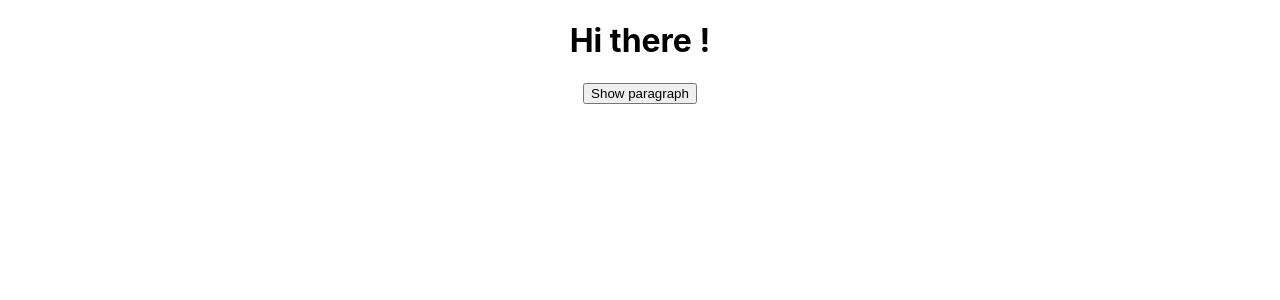
Repository: metehankasapp/react-optimization-techniques
Page: / (app in my-app/)
These files come from the project's save history. The page is drawn as it stood at one moment and after the next save; the edit follows.
The browser window is 1280 px wide. The pictures show the whole page.
The project was rebuilt for these pictures with package versions that can differ from the ones it lists, and the page was loaded fresh each time.

Above is the page before, as saved 2021-10-15 16:41:15.

### my-app/src/App.js
import React, { useCallback, useState } from "react";
import "./App.css";
import DemoOutput from "./Demo/DemoOutput";

function App() {
  const [showParagraph, setShowParagraph] = useState(false);
  console.log("app output");

  // Aşağıdaki Callback fonksiyonu datayı tutar ve butona tıklandığın da belli olmaz.
  const toggleParagraph = useCallback(() => {
    // --setShowParagraph(!showParagraph);
    //++
    setShowParagraph((prevShowParagraph) => !prevShowParagraph);
  }, []);
  return (
    <div className="App">
      <h1>Hi there !</h1>
      <DemoOutput show={false} />
      <button onClick={toggleParagraph}>Show paragraph</button>
    </div>
  );
}

export default App;

### my-app/src/Demo/DemoOutput.js
import React from "react";
import MyParagraph from './MyParagraph';

const DemoOutput = (props) => {
  console.log("demo output");
  return (

      <MyParagraph>{props.show ? "This is New" : ""}</MyParagraph>

  );
};

export default React.memo(DemoOutput);

//React memo kullandığımız zaman eğer o bileşen değişrise tekrardan çalıştırmasıdır. eğer kullanamssak en st düzeydeki bileşen
//değişğinde demooutput js yine çalışma durumunda kalır.
// ve eğer bir bileşen yürütülüyorsa onun alt elementi de yürütülmez. tıpkı şu anda demooutpunun altındaki eleemt yürütülmediği gibi.
// küçük uygulamalarda bu gerekli olmayabilir fakat büyük uygulamalrda gerekli olur.çünkü gereksiz değerlendirme yapmasını istemeyebilirsin

### my-app/src/Demo/MyParagraph.js
import React from "react";

const MyParagraph = (props) => {
  console.log("paragraph output");
  return <div>{props.children}</div>;
};

export default MyParagraph;

Loaded but not shown: my-app/public/index.html (common file); my-app/src/index.js (common file); my-app/src/index.css (common file); my-app/src/App.css (common file)

After the next save:
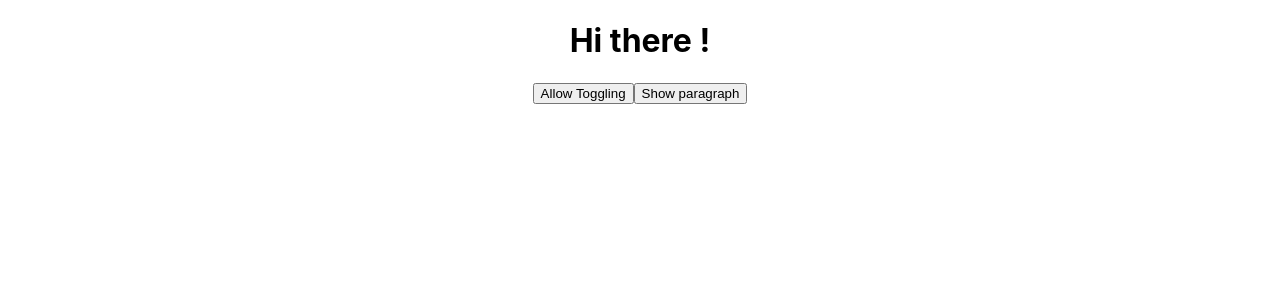
Saved 24 h 3 min later.
--- a/my-app/src/App.js
+++ b/my-app/src/App.js
@@ -4,18 +4,28 @@ import DemoOutput from "./Demo/DemoOutput";
 
 function App() {
   const [showParagraph, setShowParagraph] = useState(false);
+  const [allowToggle, setAllowToggle] = useState(false);
+
   console.log("app output");
 
   // Aşağıdaki Callback fonksiyonu datayı tutar ve butona tıklandığın da belli olmaz.
   const toggleParagraph = useCallback(() => {
     // --setShowParagraph(!showParagraph);
     //++
-    setShowParagraph((prevShowParagraph) => !prevShowParagraph);
-  }, []);
+    if (allowToggle) {
+      setShowParagraph((prevShowParagraph) => !prevShowParagraph);
+    }
+  }, [allowToggle]);
+  //Eğer usecallback kullanırken içerik olarak [] boş bırakırsan sadece app yükledndiğinde çalışır ve diğer türlü çalışmaz
+
+  const allowToggleHandler = () => {
+    setAllowToggle(true);
+  };
   return (
     <div className="App">
       <h1>Hi there !</h1>
-      <DemoOutput show={false} />
+      <DemoOutput show={showParagraph} />
+      <button onClick={allowToggleHandler}>Allow Toggling</button>
       <button onClick={toggleParagraph}>Show paragraph</button>
     </div>
   );
